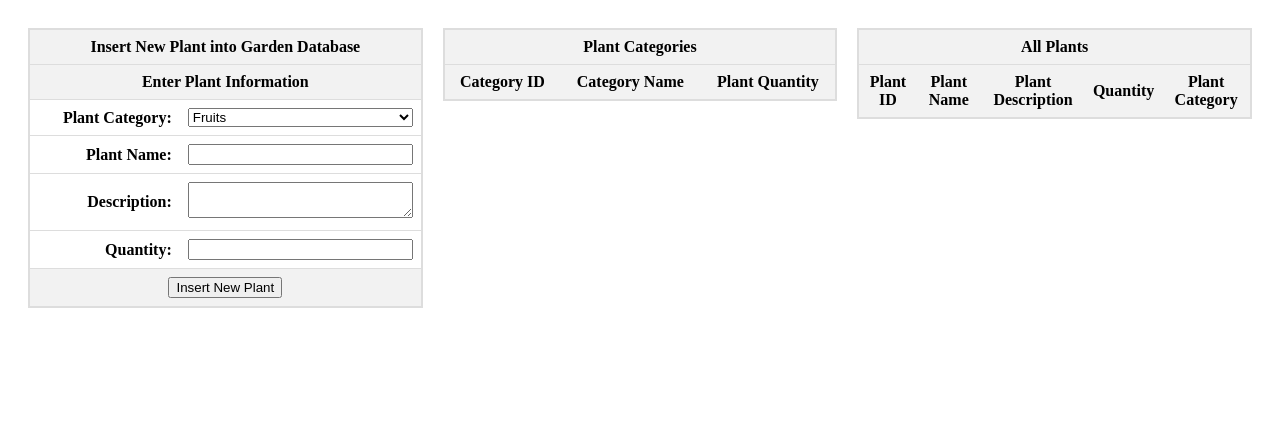
Repository: bkyncl/csd-430
Page: http://localhost/kyncl_08/form.jsp
These files come from the project's save history. The page is drawn as it stood at one moment and after the next save; the edit follows.
The browser window is 1280 px wide. The pictures show the whole page.
The page is served by Tomcat 9. Other server files are loaded and not shown. The template is opened directly, without the code that normally fills it, so the values that code supplies are empty.

Above is the page before, as saved 2023-07-04 09:10:13.

### kyncl_08/src/main/webapp/form.jsp
<%@ page language="java" contentType="text/html; charset=ISO-8859-1"
    pageEncoding="ISO-8859-1"%>
<%@ taglib prefix="c" uri="http://java.sun.com/jsp/jstl/core" %>
<!DOCTYPE html>
<html>
<head>
<meta charset="ISO-8859-1">
<title>Insert Records Form</title>
<style>
    table {
        border-collapse: collapse;
        border: 2px solid #ddd;
        width: 100%;
    }
    th, td {
        padding: 8px;
        text-align: left;
        border-bottom: 1px solid #ddd;
    }
    th {
        background-color: #f2f2f2;
        text-align: center;
    }
    td.label-cell {
        text-align: right;
        font-weight: bold;
    }
    input[type="text"],
    input[type="number"],
    textarea,
    select {
        width: 100%;
        box-sizing: border-box;
    }
    #button-container {
        text-align: center;
        background-color: #f2f2f2;
    }
    #button {
        display: inline-block;
    }
    .result-table th, .result-table td {
        text-align: center;
        border-bottom: 1px solid #ddd;
    }
    .form-container {
        display: flex;
        flex-wrap: wrap;
        padding: 10px;
    }

    .form-container > div {
        flex: 1 1 100%;
        padding: 10px;
    }

    @media screen and (min-width: 768px) {
        .form-container > div {
            flex: 1 1 30%;
        }
    }
</style>
</head>
<body>
<div class="form-container">
	<div>
		<form action="<%=request.getContextPath()%>/plants?action=insert" method="POST">
		    <table>
		    	<tr>
		            <th colspan="3">Insert New Plant into Garden Database</th>
		        </tr>
		        <tr>
		            <th colspan="3">Enter Plant Information</th>
		        </tr>
		        <tr>
		            <td class="label-cell">
		                <label for="categoryId">Plant Category:</label>
		            </td>
		            <td colspan="2">
		                <select name="categoryId" id="category">
		                    <option value="1">Fruits</option>
		                    <option value="2">Vegetables</option>
		                    <option value="3">Herbs</option>
		                </select>
		            </td>
		        </tr>
		        <tr>
		            <td class="label-cell">
		                <label for="name">Plant Name:</label>
		            </td>
		            <td colspan="2">
		                <input type="text" name="plantName" id="name" required maxlength="50">
		            </td>
		        </tr>
		        <tr>
		            <td class="label-cell">
		                <label for="description">Description:</label>
		            </td>
		            <td colspan="2">
		                <textarea name=plantDescription id="description" maxlength="200"></textarea>
		            </td>
		        </tr>
		        <tr>
		            <td class="label-cell">
		                <label for="quantity">Quantity:</label>
		            </td>
		            <td colspan="2">
		                <input type="number" name="quantity" id="quantity" required pattern="[0-9]+">
		            </td>
		        </tr>
		        <tr>
		            <td colspan="3" id="button-container">
		            	<input type="hidden" name="action" value="result">
		                <input id="button" type="submit" value="Insert New Plant">
		            </td>
		        </tr>
		    </table>
		</form>
	</div>
	<div>
		<table class="result-table">
			<tr>
				<th colspan="3">Plant Categories</th>
			</tr>
		    <tr>
		        <th>Category ID</th>
		        <th>Category Name</th>
		        <th>Plant Quantity</th>
		    </tr>
		    <c:forEach var="category" items="${categories}">
		        <tr>
		            <td>${category.categoryId}</td>
		            <td>${category.categoryName}</td>
		            <td>${category.plantCount}</td>
		        </tr>
		    </c:forEach>
		</table>
	</div>
	<div>
		<!-- Display the list of plants -->
	    <table class="result-table">
	    	<tr>
				<th colspan="5">All Plants</th>
			</tr>
	        <tr>
	            <th>Plant ID</th>
	            <th>Plant Name</th>
	            <th>Plant Description</th>
	            <th>Quantity</th>
	            <th>Plant Category</th>
	        </tr>
	        <c:forEach var="plant" items="${plants}">
	            <tr>
	            	<td>${plant.plantId}</td>
	                <td>${plant.plantName}</td>
	                <td>${plant.plantDescription}</td>
	                <td>${plant.quantity}</td>
	                <td>
	                <c:forEach var="category" items="${categories}">
	                    <c:if test="${category.categoryId eq plant.categoryId}">
	                        ${category.categoryName}
	                    </c:if>
	                </c:forEach>
	            </td>
	            </tr>
	        </c:forEach>
	    </table>
	</div>
</div>
</body>
</html>

After the next save:
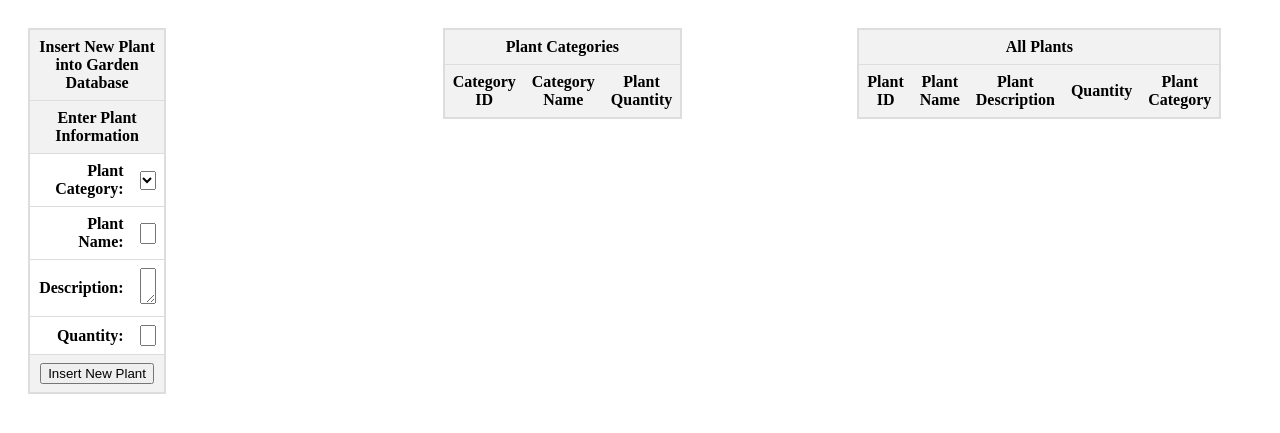
Saved 55 s later.
--- a/kyncl_08/src/main/webapp/form.jsp
+++ b/kyncl_08/src/main/webapp/form.jsp
@@ -10,7 +10,7 @@
     table {
         border-collapse: collapse;
         border: 2px solid #ddd;
-        width: 100%;
+        width: 35%;
     }
     th, td {
         padding: 8px;
